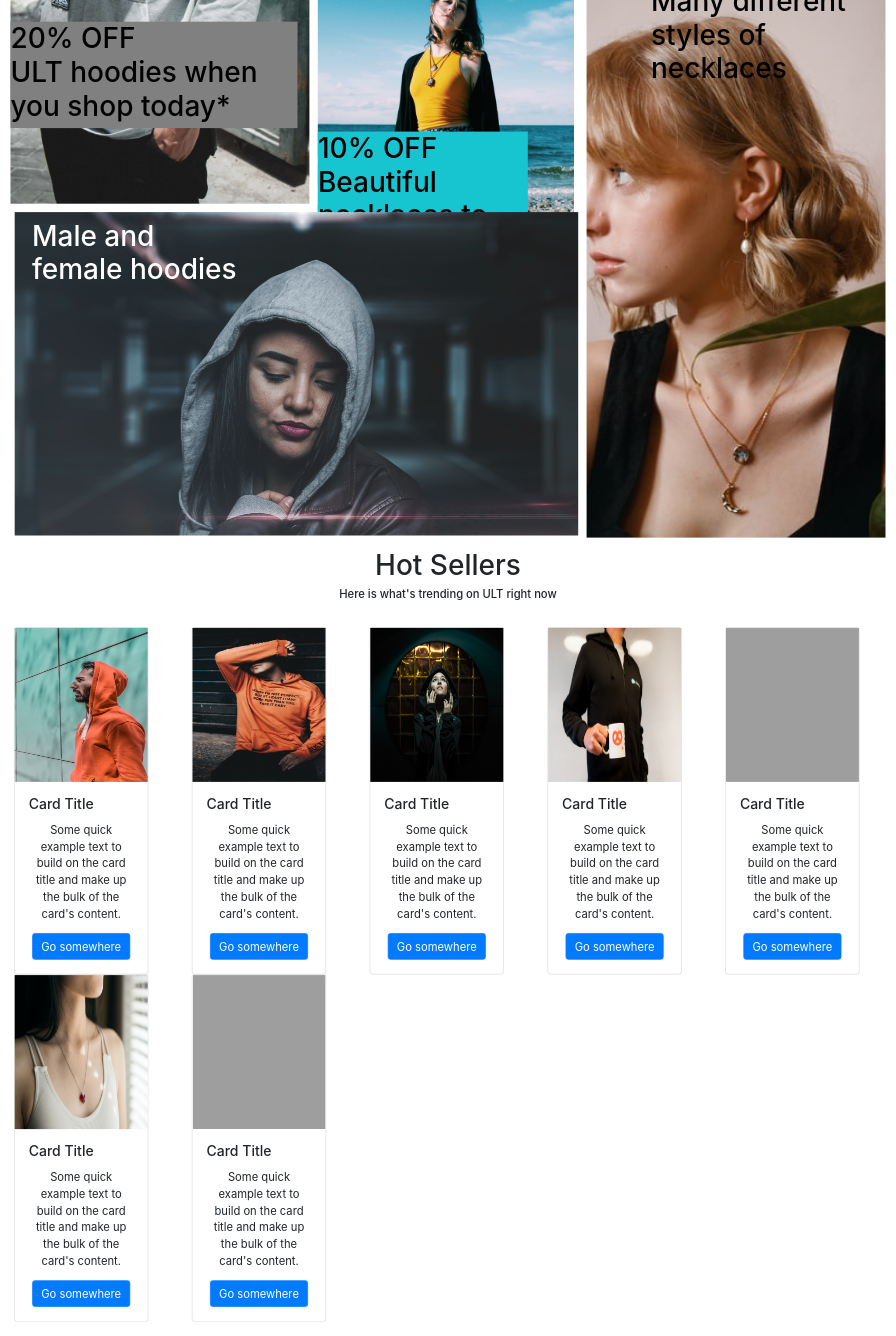
Repository: Ajtheult/Luma-Challenge-Site
Page: /
An editor plug-in stored every save of this project. The page is shown before and after the next save, followed by the edit.
The browser window is 1280 px wide. The pictures show the part of the page from y = 1180 to 3100 px (the page is 3088 px tall before and 3100 px after), at 70% of full size.
Pictures or frames that could not be fetched are drawn as grey boxes. The project was rebuilt for these pictures with package versions that can differ from the ones it lists, and the page was loaded fresh each time.

Above is the page before, as saved 2020-09-01 09:38:17.

### public/index.html
<!DOCTYPE html>
<html lang="en">
  <head>
    <meta charset="utf-8" />
    <link rel="icon" href="%PUBLIC_URL%/favicon.ico" />
    <meta name="viewport" content="width=device-width, initial-scale=1" />
    <meta name="theme-color" content="#000000" />
    <meta
      name="description"
      content="Web site created using create-react-app"
    />

    <link rel="manifest" href="%PUBLIC_URL%/manifest.json" />
    <!-- Font Awesome -->
    <link
      rel="stylesheet"
      href="https://use.fontawesome.com/releases/v5.7.2/css/all.css"
      integrity="sha384-fnmOCqbTlWIlj8LyTjo7mOUStjsKC4pOpQbqyi7RrhN7udi9RwhKkMHpvLbHG9Sr"
      crossorigin="anonymous"
    />
    <!-- Font Awesome -->
    <title>E-complete</title>
  </head>
  <body>
    <noscript>You need to enable JavaScript to run this app.</noscript>
    <div id="root"></div>
  </body>
</html>

### src/App.js
import React from "react";

// Imported modules
import { BrowserRouter as Router, Switch, Route } from "react-router-dom";
// Imported modules

// Imported pages
import Home from "./components/layout/pages/home/Home";
// Imported pages

// Global css
import "./App.css";
// Global css

function App() {
  return (
    <Router>
      <div className="App">
        <Switch>
          <Route exact path="/" component={Home} />
        </Switch>
      </div>
    </Router>
  );
}

export default App;

### src/components/layout/pages/home/Home.js
import React from "react";
import Navbar from "../../nav/Navbar";
import Container from "react-bootstrap/Container";
import Row from "react-bootstrap/Row";
import Col from "react-bootstrap/Col";
import Carousel from "react-bootstrap/Carousel";
// Images
import yoga from "../../resources/yoga.jpg";
import yogatwo from "../../resources/yoga-two.jpg";
import yogathree from "../../resources/yoga-three.jpg";

import SecondHome from "./SecondHome";
import "./Home.css";

const Home = () => {
  return (
    <div>
      <Navbar />
      <Container fluid>
        <Row>
          <Col>
            {/* Carousel */}
            <Carousel>
              <Carousel.Item>
                <img
                  className="d-block w-100 top_size"
                  src={yoga}
                  alt="First slide"
                />
                <Carousel.Caption>
                  <h3>New ULT yoga collection</h3>
                  <p>Clothing that is perfect for zen sessions</p>
                </Carousel.Caption>
              </Carousel.Item>
              <Carousel.Item>
                <img
                  className="d-block w-100 top_size"
                  src={yogatwo}
                  alt="Third slide"
                />

                <Carousel.Caption>
                  <h3>New ULT yoga collection</h3>
                  <p>Beautiful bracelets to fit the look</p>
                </Carousel.Caption>
              </Carousel.Item>
              <Carousel.Item>
                <img
                  className="d-block w-100 top_size"
                  src={yogathree}
                  alt="Third slide"
                />

                <Carousel.Caption>
                  <h3>New ULT yoga collection</h3>
                  <p>Be happy...like her...don't you wanna be happy?</p>
                </Carousel.Caption>
              </Carousel.Item>
            </Carousel>
          </Col>
        </Row>
        {/* Block frame */}
        <Row>
          <Col>
            <div class="container bg-no-overlay">
              <div class="row left">
                <h1>
                  20% OFF <br /> ULT hoodies when you shop today*
                </h1>
              </div>
            </div>
          </Col>
          <Col>
            <div class="container bg-no-overlay-two">
              <div class="row top">
                <h1>
                  30% OFF <br />
                  Get them fresh kicks
                </h1>
              </div>
            </div>
          </Col>
        </Row>
        <Row>
          <Col>
            <div class="container bg-no-overlay-three">
              <div class="row middle">
                <h1>
                  10% OFF <br /> Beautiful necklaces to flex
                </h1>
              </div>
            </div>
          </Col>
          <Col>
            <div class="container bg-no-overlay-four">
              <div class="row right">
                <h1>Many different styles of necklaces</h1>
              </div>
            </div>

            <div class="container bg-no-overlay-five">
              <div class="row bottom">
                <h1>Male and female hoodies</h1>
              </div>
            </div>
          </Col>
        </Row>
      </Container>
      <SecondHome />
    </div>
  );
};

export default Home;

### src/components/layout/nav/Navbar.js
import React from "react";
import Nav from "react-bootstrap/Nav";

import Form from "react-bootstrap/Form";

import "./Navbar.css";

const Navbar = () => {
  return (
    <div>
      <Nav className="justify-content-left" activeKey="/home">
        <Nav.Link href="/home">
          <img
            src="https://images.unsplash.com/photo-1462899006636-339e08d1844e?ixlib=rb-1.2.1&ixid=eyJhcHBfaWQiOjEyMDd9&auto=format&fit=crop&w=1050&q=80"
            alt="logo"
            className="logo"
          />
        </Nav.Link>
        <h6 className="logo-text">ULT</h6>
        <Nav.Link className="search_bar">
          {" "}
          <Form>
            <Form.Row>
              <Form.Group>
                <Form.Control
                  className="search_bar"
                  type="search"
                  placeholder="Search engine store here... "
                />
              </Form.Group>
            </Form.Row>
          </Form>
        </Nav.Link>
        <Nav.Link></Nav.Link>
        <i class="fas fa-shopping-cart icon"></i>
      </Nav>
      <Nav className="justify-content-left bottom_nav" activeKey="/home">
        <Nav.Item>
          <Nav.Link href="#" className="colour_of_nav_text">
            What's New
          </Nav.Link>
        </Nav.Item>
        <Nav.Item>
          <Nav.Link href="#" className="colour_of_nav_text">
            Women
          </Nav.Link>
        </Nav.Item>
        <Nav.Item>
          <Nav.Link href="#" className="colour_of_nav_text">
            Men
          </Nav.Link>
        </Nav.Item>
        <Nav.Item>
          <Nav.Link href="#" className="colour_of_nav_text">
            Gear
          </Nav.Link>
        </Nav.Item>
        <Nav.Item>
          <Nav.Link href="#" className="colour_of_nav_text">
            Training
          </Nav.Link>
        </Nav.Item>
        <Nav.Item>
          <Nav.Link href="#" className="colour_of_nav_text">
            Sale
          </Nav.Link>
        </Nav.Item>
      </Nav>
    </div>
  );
};

export default Navbar;

### src/components/layout/pages/home/SecondHome.js
import React from "react";
import "./SecondHome.css";

import Row from "react-bootstrap/Row";
import Col from "react-bootstrap/Col";
import Card from "react-bootstrap/Card";
import Button from "react-bootstrap/Button";
// images
import one from "../../resources/SecondHome/one.jpg";
import two from "../../resources/SecondHome/two.jpg";
import three from "../../resources/SecondHome/three.jpg";
import four from "../../resources/SecondHome/four.jpg";
import five from "../../resources/SecondHome/five.jpg";
import six from "../../resources/SecondHome/six.jpg";
import seven from "../../resources/SecondHome/seven.jpg";

const SecondHome = () => {
  return (
    <div>
      <div>
        <h1 className="heading">Hot Sellers</h1>
        <h6>Here is what's trending on ULT right now</h6>
      </div>
      <div className="cards">
        <Row>
          {/* 1 */}
          <Col>
            <Card style={{ width: "12rem" }}>
              <img
                variant="top"
                src={one}
                className="image-heights"
                alt="one"
              />

              <Card.Body>
                <Card.Title className="card-title">Card Title</Card.Title>
                <Card.Text>
                  Some quick example text to build on the card title and make up
                  the bulk of the card's content.
                </Card.Text>
                <Button variant="primary">Go somewhere</Button>
              </Card.Body>
            </Card>
          </Col>
          {/* 2 */}
          <Col>
            <Card style={{ width: "12rem" }}>
              <img
                variant="top"
                src={two}
                className="image-heights"
                alt="two"
              />
              <Card.Body>
                <Card.Title>Card Title</Card.Title>
                <Card.Text>
                  Some quick example text to build on the card title and make up
                  the bulk of the card's content.
                </Card.Text>
                <Button variant="primary">Go somewhere</Button>
              </Card.Body>
            </Card>
          </Col>
          {/* 3 */}
          <Col>
            <Card style={{ width: "12rem" }}>
              <img
                variant="top"
                src={three}
                className="image-heights"
                alt="three"
              />
              <Card.Body>
                <Card.Title>Card Title</Card.Title>
                <Card.Text>
                  Some quick example text to build on the card title and make up
                  the bulk of the card's content.
                </Card.Text>
                <Button variant="primary">Go somewhere</Button>
              </Card.Body>
            </Card>
          </Col>
          {/* 4 */}
          <Col>
            <Card style={{ width: "12rem" }}>
              <img
                variant="top"
                src={four}
                className="image-heights"
                alt="four"
              />
              <Card.Body>
                <Card.Title>Card Title</Card.Title>
                <Card.Text>
                  Some quick example text to build on the card title and make up
                  the bulk of the card's content.
                </Card.Text>
                <Button variant="primary">Go somewhere</Button>
              </Card.Body>
            </Card>
          </Col>
          {/* 5 */}
          <Col>
            <Card style={{ width: "12rem" }}>
              <img
                variant="top"
                src={five}
                className="image-heights"
                alt="five"
              />
              <Card.Body>
                <Card.Title>Card Title</Card.Title>
                <Card.Text>
                  Some quick example text to build on the card title and make up
                  the bulk of the card's content.
                </Card.Text>
                <Button variant="primary">Go somewhere</Button>
              </Card.Body>
            </Card>
          </Col>
          {/* 6 */}
          <Col>
            <Card style={{ width: "12rem" }}>
              <img
                variant="top"
                src={six}
                className="image-heights"
                alt="six"
              />
              <Card.Body>
                <Card.Title>Card Title</Card.Title>
                <Card.Text>
                  Some quick example text to build on the card title and make up
                  the bulk of the card's content.
                </Card.Text>
                <Button variant="primary">Go somewhere</Button>
              </Card.Body>
            </Card>
          </Col>
          {/* 7 */}
          <Col>
            <Card style={{ width: "12rem" }}>
              <img
                variant="top"
                src={seven}
                className="image-heights"
                alt="seven"
              />
              <Card.Body>
                <Card.Title>Card Title</Card.Title>
                <Card.Text>
                  Some quick example text to build on the card title and make up
                  the bulk of the card's content.
                </Card.Text>
                <Button variant="primary">Go somewhere</Button>
              </Card.Body>
            </Card>
          </Col>
          <Col></Col>
          <Col></Col>
          <Col></Col>
        </Row>
      </div>
    </div>
  );
};

export default SecondHome;

### src/components/layout/pages/home/Home.css
.top_size {
  width: 100%;
  height: 500px;
  margin-top: 1%;
}

.bg-no-overlay {
  /* Left */
  background: url("../../resources/hoodie.jpg");
  background-repeat: no-repeat;
  background-size: cover;
  background-position: center center;
  color: #fff;
  float: left;
  width: 70%;
  height: 850px;
  margin-top: 2%;
}

.bg-no-overlay-two {
  /* top */
  background: url("../../resources/shoe.jpg");
  background-repeat: no-repeat;
  background-size: cover;
  background-position: center center;
  color: #fff;
  width: 132%;
  height: 450px;
  margin-top: 2%;
  float: right;
}

.bg-no-overlay-three {
  /* middle */
  background: url("../../resources/beach.jpg");
  background-repeat: no-repeat;
  background-size: cover;
  background-position: center center;
  color: #fff;
  width: 60%;
  height: 388px;
  margin-top: -53%;
  margin-right: -32%;
  float: right;
}

.bg-no-overlay-four {
  /* right */
  background: url("../../resources/garden.jpg");
  background-repeat: no-repeat;
  background-size: cover;
  background-position: center center;
  color: #fff;
  width: 70%;
  height: 800px;
  margin-top: -53%;
  margin-left: 20%;
  float: right;
}

.bg-no-overlay-five {
  /* bottom */
  background: url("../../resources/forest.jpg");
  background-repeat: no-repeat;
  background-size: cover;
  background-position: center center;
  color: #fff;
  width: 132%;
  height: 97%;
  margin-top: 2%;
  margin-left: -104%;
}

.left {
  text-align: left;
  margin-top: 590px;
  width: 410px;
  color: black;
  background-color: grey;
}

.top {
  float: right;
  text-align: right;
  color: black;
  margin-top: 70px;
}

.middle {
  text-align: left;
  float: left;
  background-color: rgb(23, 197, 209);
  color: black;
  width: 300px;
  margin-top: 220px;
}

.right {
  text-align: left;
  float: right;
  color: black;
  width: 335px;
  margin-top: 10px;
}

.bottom {
  text-align: left;
  float: left;
  color: white;
  width: 303px;
  margin-left: 10px;
  margin-top: 10px;
}

.carousel-caption {
  background-color: rgba(129, 41, 41, 0.493);
  width: 70%;
}

### src/components/layout/nav/Navbar.css
.bottom_nav {
  background-color: rgb(233, 224, 224);
  margin-top: -10px;
}

.colour_of_nav_text {
  color: black;
  font-size: 80%;
}

.logo {
  width: 50px;
  height: 50px;
  border-radius: 50%;
}

.logo-text {
  margin-top: 13px;
  font-size: 30px;
}

.search_bar {
  margin-left: auto;
  margin-top: 5px;
  font-size: 10px;
}

.icon {
  margin-top: 25px;
  margin-right: 20px;
  color: grey;
}

### src/components/layout/pages/home/SecondHome.css
.heading {
  margin-top: 15px;
}

.cards {
  width: 100%;
  padding: 20px;
  padding-top: 30px;
}

.second-row {
  margin-top: 10px;
  margin: 10px;
  padding-left: 50px;
}

.image-heights {
  height: 220px;
}

.card-title {
  text-align: left;
}

Loaded but not shown: src/index.js (common file); src/App.css (common file)

After the next save:
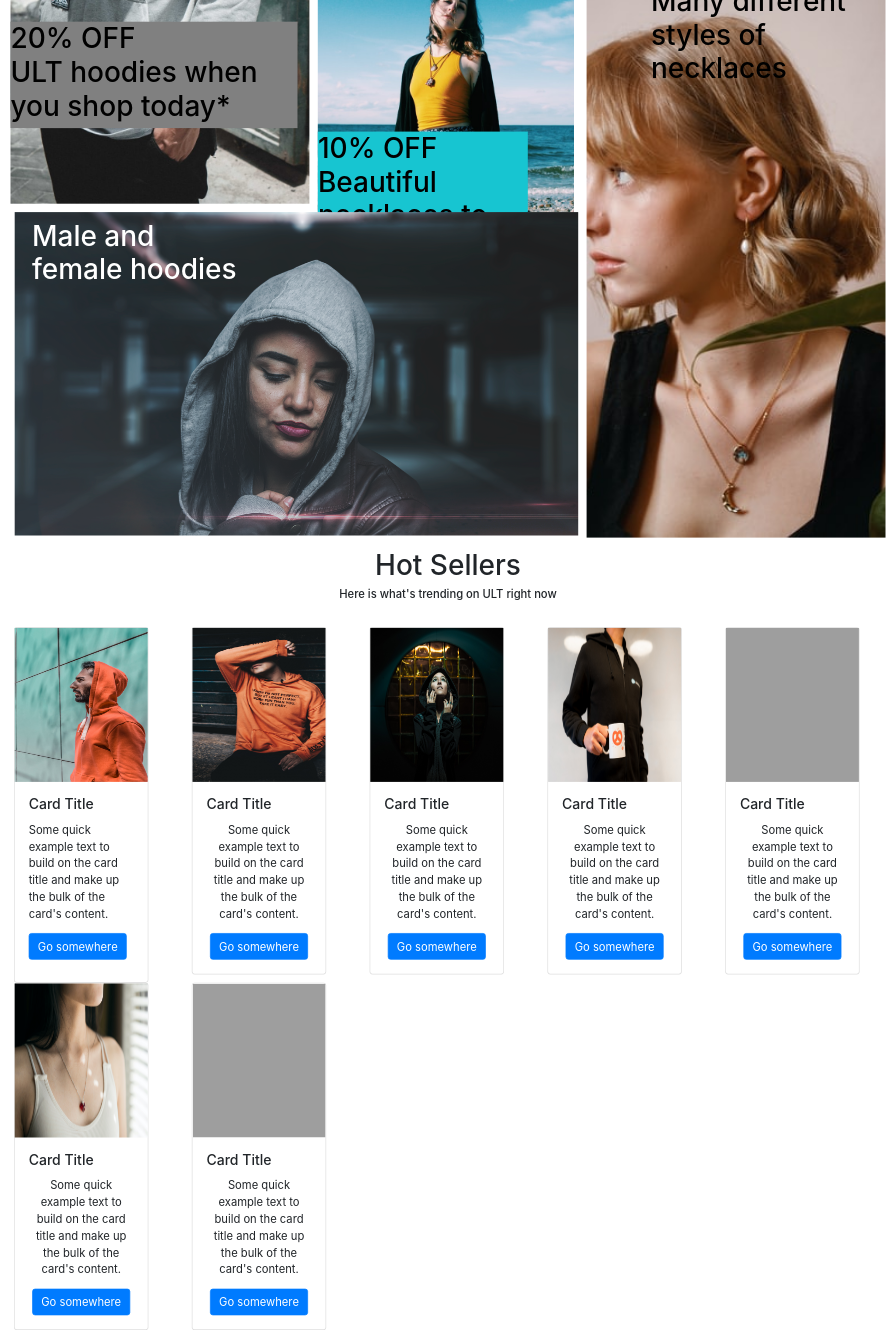
Saved 21 s later.
--- a/src/components/layout/pages/home/SecondHome.js
+++ b/src/components/layout/pages/home/SecondHome.js
@@ -33,8 +33,8 @@
                 alt="one"
               />
 
-              <Card.Body>
-                <Card.Title className="card-title">Card Title</Card.Title>
+              <Card.Body className="card-title">
+                <Card.Title>Card Title</Card.Title>
                 <Card.Text>
                   Some quick example text to build on the card title and make up
                   the bulk of the card's content.

After the save that followed:
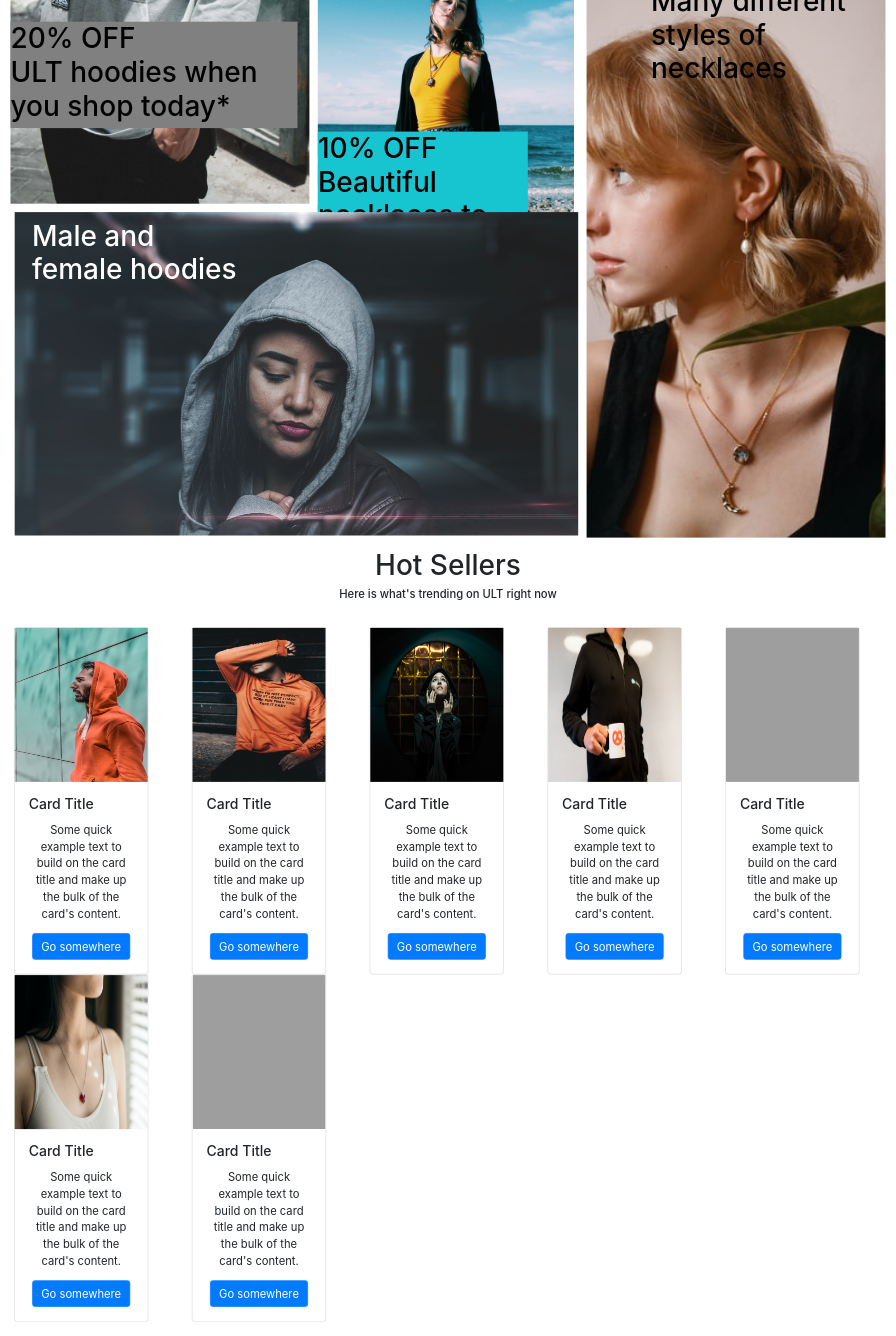
Saved 16 s later.
--- a/src/components/layout/pages/home/SecondHome.js
+++ b/src/components/layout/pages/home/SecondHome.js
@@ -33,7 +33,7 @@
                 alt="one"
               />
 
-              <Card.Body className="card-title">
+              <Card.Body>
                 <Card.Title>Card Title</Card.Title>
                 <Card.Text>
                   Some quick example text to build on the card title and make up
